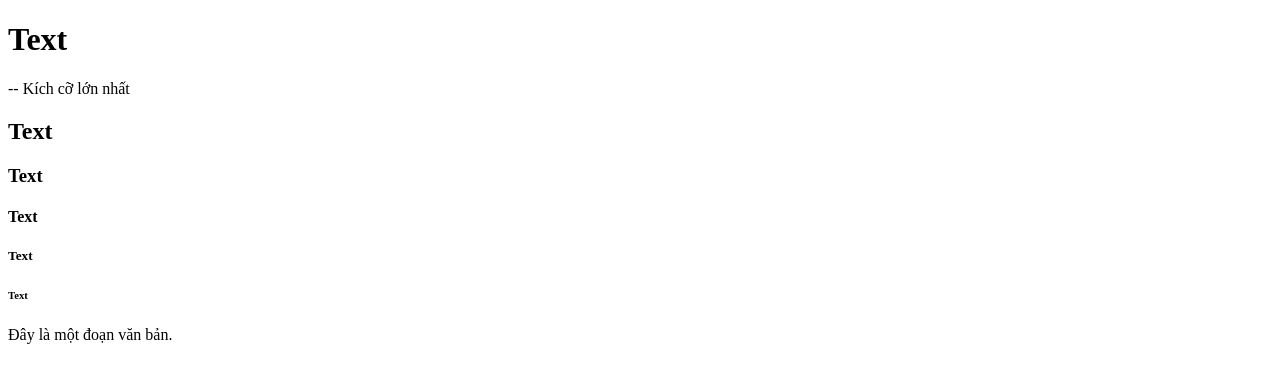
Repository: vnmk1/jsp_servlet-tutorials
Page: Bai2_HTML/src/main/webapp/vidu.html
The author's editor kept a copy of each file at every save. The page is drawn from the files as they stood at one save, then again after the next save.
The browser window is 1280 px wide. The pictures show the whole page.

Above is the page before, as saved 2023-07-15 04:25:40.

After the next save:
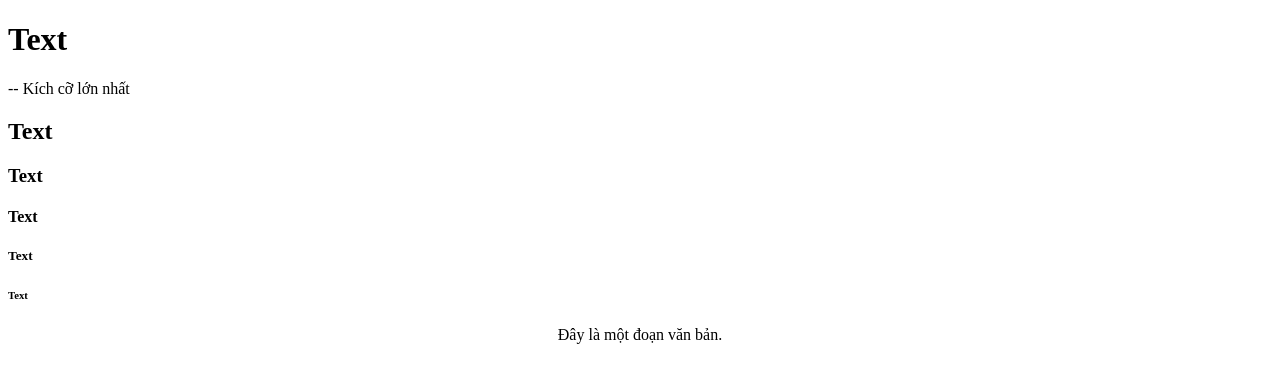
Saved 41 s later.
--- a/Bai2_HTML/src/main/webapp/vidu.html
+++ b/Bai2_HTML/src/main/webapp/vidu.html
@@ -11,7 +11,7 @@
 	<h4>Text</h4>
 	<h5>Text</h5>
 	<h6>Text</h6>
-	<p>
+	<p align = "center">
 		Đây là một đoạn văn bản.
 	</p>
 </body>
